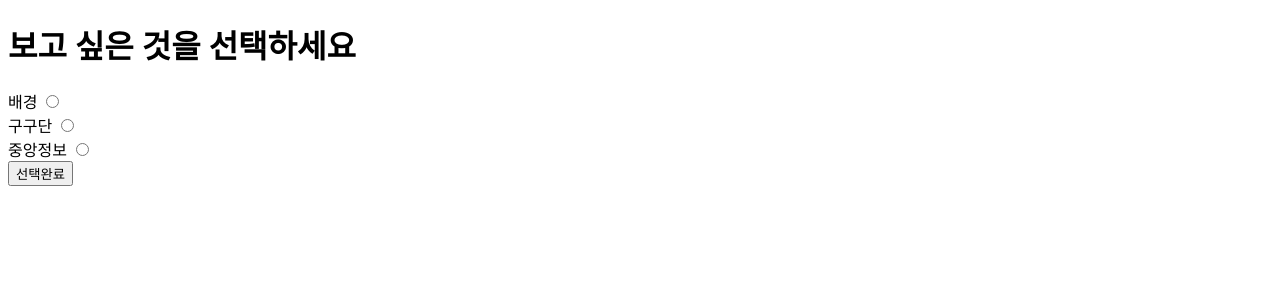
Repository: SongHyeSun/JSP
Page: jspSrc17/och03/src/main/webapp/selectFirst.html
The author's editor kept a copy of each file at every save. The page is drawn from the files as they stood at one save, then again after the next save.
The browser window is 1280 px wide. The pictures show the whole page.

Above is the page before, as saved 2024-07-10 06:48:09.

After the next save:
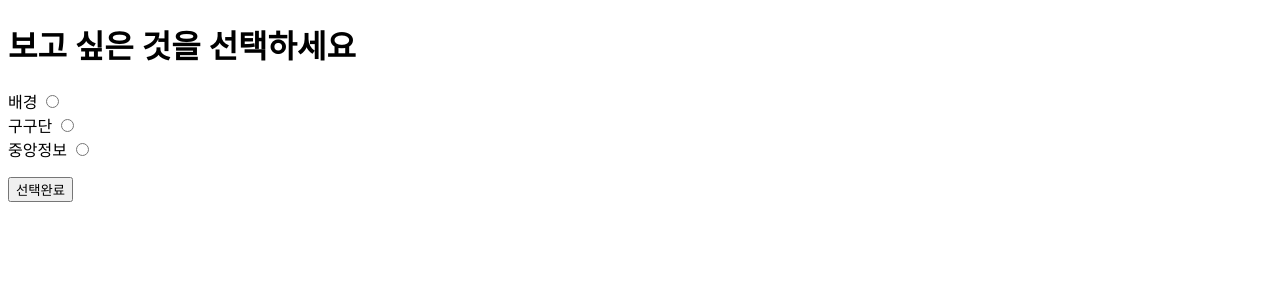
Saved 28 s later.
--- a/jspSrc17/och03/src/main/webapp/selectFirst.html
+++ b/jspSrc17/och03/src/main/webapp/selectFirst.html
@@ -9,7 +9,7 @@
 	<form action="select.jsp">
 		배경 	  <input type="radio" name="pgm" value="color1"><br>
 		구구단  <input type="radio" name="pgm" value="gugu1"><br>
-		중앙정보 <input type="radio" name="pgm" value="response"><br>
+		중앙정보 <input type="radio" name="pgm" value="response"><p>
 		<input type="submit" value="선택완료"><br>
 	</form>
 </body>
